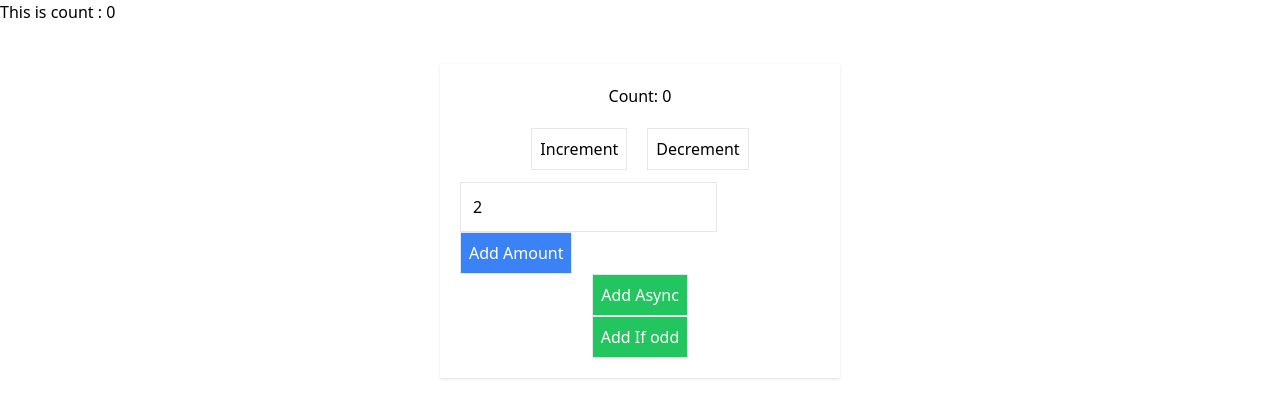
Repository: hoang0508/Learn-Redux-Evon
Page: /
The author's editor kept a copy of each file at every save. The page is drawn from the files as they stood at one save, then again after a run of saves.
The browser window is 1280 px wide. The pictures show the whole page.
The project was rebuilt for these pictures with package versions that can differ from the ones it lists, and the page was loaded fresh each time. Also part of the build but not shown: src/App.css.

Above is the page before, as saved 2022-06-16 11:59:03.

### src/index.js
import React from "react";
import { createRoot } from "react-dom/client";
import App from "./App";
import reportWebVitals from "./reportWebVitals";
import "./index.css";
import { Provider } from "react-redux";
import { store } from "./redux/configureStore";

const container = document.getElementById("root");
const root = createRoot(container);

root.render(
  <React.StrictMode>
    <Provider store={store}>
      <App />
    </Provider>
  </React.StrictMode>
);

// If you want to start measuring performance in your app, pass a function
// to log results (for example: reportWebVitals(console.log))
// or send to an analytics endpoint. Learn more: https://bit.ly/CRA-vitals
reportWebVitals();

### src/App.js
import React, { useState } from "react";
import { useSelector } from "react-redux";
import "./App.css";
import Counter from "./components/Counter";

function App() {
  const count = useSelector((state) => state.counter.count);
  return (
    <>
      <h2>This is count : {count}</h2>
      <Counter />
    </>
  );
}

export default App;

### src/redux/configureStore.js
import { createStore, combineReducers, applyMiddleware } from "redux";
import counterReducer from "./counter";
import thunk from "redux-thunk";

const reducer = combineReducers({
  // key: value
  counter: counterReducer,
});

// export default store;
export const store = createStore(reducer, applyMiddleware(thunk));

### src/components/Counter.js
import React, { useState } from "react";
import { useDispatch, useSelector } from "react-redux";
import {
  addamount,
  decrement,
  increment,
  incrementAsync,
  incrementIfOdd,
} from "../redux/counter";

const Counter = (props) => {
  const [incrementAmount, setIncrementAmount] = useState(2);
  const count = useSelector((state) => state.counter.count);
  const dispatch = useDispatch();
  const handleIncrement = () => {
    // setCount(() => count + 1);
    dispatch(increment());
  };
  const handleDecrement = () => {
    // setCount(() => count - 1);
    dispatch(decrement());
  };

  // increment addAmount
  const handleAddAmount = () => {
    dispatch(addamount(Number(incrementAmount)));
  };

  // increment async
  const handleIncrementAsync = () => {
    dispatch(incrementAsync(Number(incrementAmount)));
  };

  //
  const handleIncrementIfOdd = () => {
    dispatch(incrementIfOdd(Number(incrementAmount)));
  };
  return (
    <div className="flex flex-col items-center p-5 bg-white shadow w-[400px] mx-auto mt-10">
      <h2 className="mb-5">Count: {count}</h2>
      <div className="flex justify-center items-center gap-x-5">
        <button
          className="inline-block border-gray-200 p-2 border"
          onClick={handleIncrement}
        >
          Increment
        </button>
        <button
          className="inline-block border-gray-200 p-2 border"
          onClick={handleDecrement}
        >
          Decrement
        </button>
      </div>
      <div className="mt-3">
        <input
          className="border border-gray-200 p-3"
          type="number"
          value={incrementAmount}
          onChange={(e) => setIncrementAmount(e.target.value)}
        />
        <button
          onClick={handleAddAmount}
          className="inline-block border-gray-200 p-2 border bg-blue-500 text-white"
        >
          Add Amount
        </button>
      </div>
      <div>
        <button
          onClick={handleIncrementAsync}
          className="inline-block border-gray-200 p-2 border bg-green-500 text-white"
        >
          Add Async
        </button>
      </div>
      <div>
        <button
          onClick={handleIncrementIfOdd}
          className="inline-block border-gray-200 p-2 border bg-green-500 text-white"
        >
          Add If odd
        </button>
      </div>
    </div>
  );
};

export default Counter;

### src/redux/counter.js
import { fetchCount } from "../components/counterAPI";

const INCREMENT = "increment";
const DECREMENT = "decrement";
const ADDAMOUNT = "addamount";

const initialState = {
  count: 0,
};

export const increment = () => ({
  type: INCREMENT,
});

export const decrement = () => ({
  type: DECREMENT,
});

export const addamount = (payload) => ({
  type: ADDAMOUNT,
  payload: payload,
});

export const incrementAsync = (payload) => {
  return async (dispatch) => {
    const reponse = await fetchCount(payload);

    dispatch(addamount(reponse.data));
  };
};

export const incrementIfOdd = (payload) => {
  return (dispatch, getState) => {
    const currentValue = getState().counter.count;

    if (currentValue % 2 === 1) {
      dispatch(addamount(payload));
    }
  };
};

function counterReducer(state = initialState, action) {
  switch (action.type) {
    case INCREMENT:
      return {
        ...state,
        count: state.count + 1,
      };

    case DECREMENT:
      return {
        ...state,
        count: state.count - 1,
      };

    case ADDAMOUNT:
      return {
        ...state,
        count: state.count + action.payload,
      };

    default:
      return state;
  }
}

export default counterReducer;

### src/components/counterAPI.js
export function fetchCount(amount = 1) {
  return new Promise((resolve) =>
    setTimeout(() => resolve({ data: amount }), 1000)
  );
}

Loaded but not shown: public/index.html (common file); src/reportWebVitals.js (common file); src/index.css (common file); tailwind.config.js (common file)

After the next 2 saves:
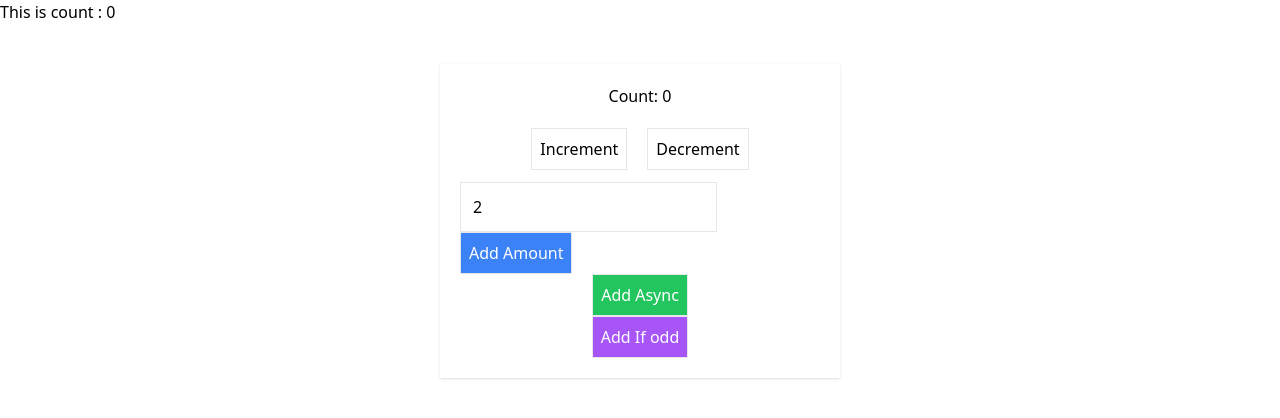
The 2 saves are shown as one change because they came seconds apart.
The last was saved 16 s later.
--- a/src/components/Counter.js
+++ b/src/components/Counter.js
@@ -77,7 +77,7 @@ const Counter = (props) => {
       <div>
         <button
           onClick={handleIncrementIfOdd}
-          className="inline-block border-gray-200 p-2 border bg-green-500 text-white"
+          className="inline-block border-gray-200 p-2 border bg-purple-500 text-white"
         >
           Add If odd
         </button>
